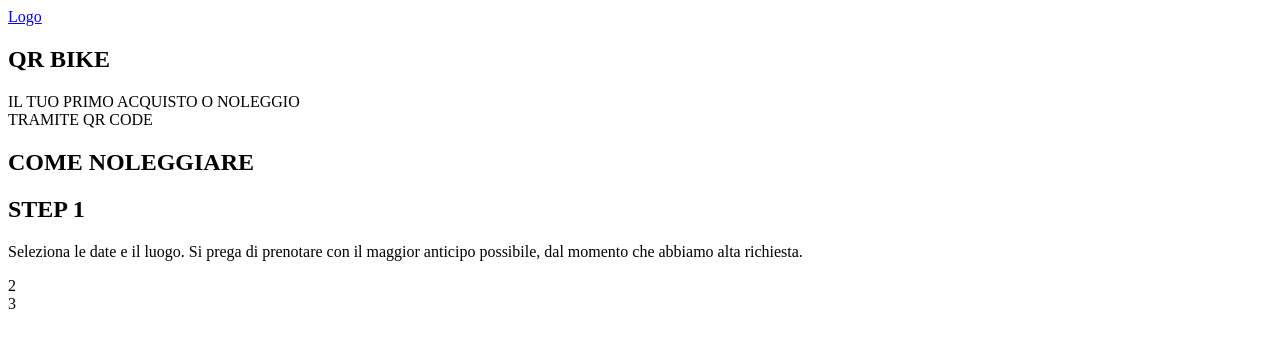
Repository: andrealepori/qrbike
Page: index.html
An editor plug-in stored every save of this project. The page is shown before and after the next save, followed by the edit.
The browser window is 1280 px wide. The pictures show the whole page.

Above is the page before, as saved 2020-09-16 16:41:11.

### index.html
<!DOCTYPE html>
<html lang="en">
<head>
    <meta charset="UTF-8">
    <meta name="viewport" content="width=device-width, initial-scale=1.0">
    <title>Home - QR BIKE</title>


	<link type="text/css" rel="stylesheet" href="css/style.css" />

</head>
<body>


  <header>
    <a href="#" id="logo">Logo</a>














  </header>

  <section id="hero1" class="hero">

    <div class="inner">
      <div class="copy">

      <h1 class="yellowtitle"> QR BIKE</h1>
      <p class="subtitle">IL TUO PRIMO ACQUISTO O NOLEGGIO <br> TRAMITE QR CODE</p>
      </div>
    </div>
  </section>





<section>

      <h1 class="titolo">COME NOLEGGIARE </h1>

    </div>
    </div>
  </section>



  <div class="support-grid"></div>

  <section class="grid-1">
    <div class="item-1">
      <h1 class="titoli"><bold>STEP 1</bold> </h1>


      <p class="nero">
        Seleziona le date e il luogo. Si prega di prenotare con il maggior anticipo possibile, dal momento che abbiamo alta richiesta. </p>
    </div>
    <div class="item-2">2</div>
    <div class="item-3">3</div>

  </section>






</body>
</html>

Loaded but not shown: style.css (no stored copy; drawn as an empty file)

After the next save:
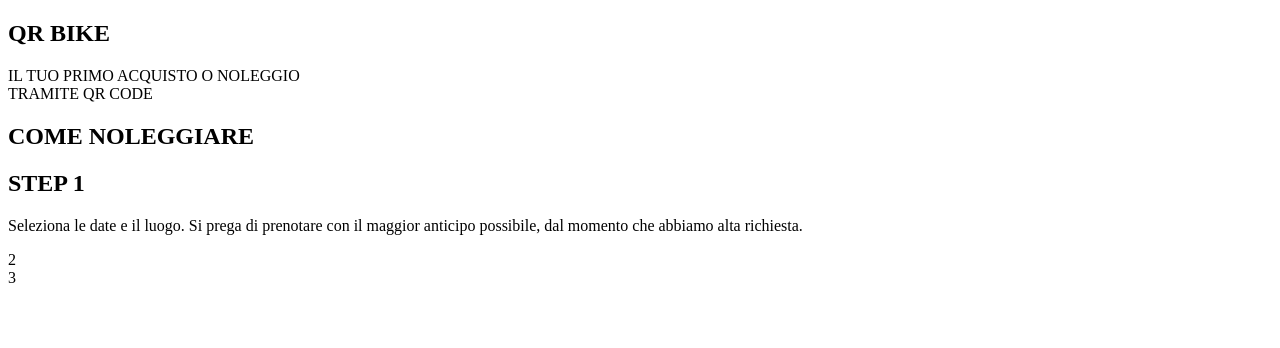
Saved 12 min 0 s later.
--- a/index.html
+++ b/index.html
@@ -12,23 +12,6 @@
 <body>
 
 
-  <header>
-    <a href="#" id="logo">Logo</a>
-
-
-
-
-
-
-
-
-
-
-
-
-
-
-  </header>
 
   <section id="hero1" class="hero">
 
